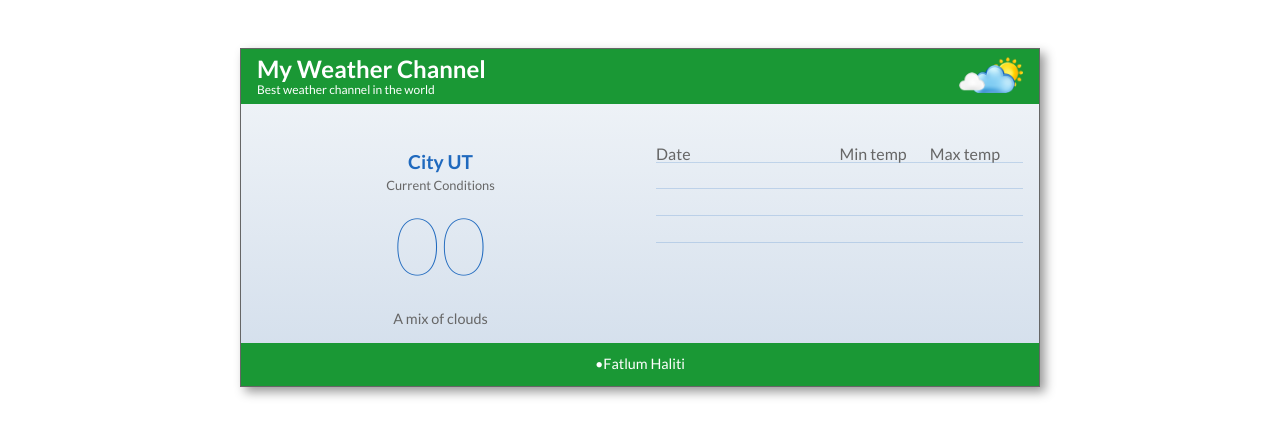
Repository: thinsanta/weather-site
Page: index.html
An editor plug-in stored every save of this project. The page is shown before and after the next save, followed by the edit.
The browser window is 1280 px wide. The pictures show the whole page.
The page's requests for data from a server got no answer.

Above is the page before, as saved 2019-10-28 11:40:09.

### index.html
<!doctype html>
<html lang="en">
<head>
<meta charset="utf-8">


<title>My Weather Channel</title>

<!-- TELLS PHONES NOT TO LIE ABOUT THEIR WIDTH & stops the font from enlarging when a phone is turned sideways-->
<meta name="viewport" content="width=device-width, initial-scale=1, maximum-scale=1">

<!-- *************** LOAD A GOOGLE FONT ****************** -->
<link href="https://fonts.googleapis.com/css?family=Lato:100,400,700" rel="stylesheet">

<!-- STYLE SHEETS -->
<link href="css/styles.css" rel="stylesheet">

<!-- removes the browser interface -->
<meta name="apple-mobile-web-app-capable" content="yes">
<meta name="mobile-web-app-capable" content="yes">

<meta name="apple-mobile-web-app-title" content="Weather">


<!--[if lt IE 9]>
	<script src="http://html5shim.googlecode.com/svn/trunk/html5.js"></script>
	<script src="http://css3-mediaqueries-js.googlecode.com/svn/trunk/css3-mediaqueries.js"></script>
<![endif]-->

</head>
<body>
	<div id="wrapper">
	<header>
		<figure class="wu"><img src="images/weatherLogo.png"></figure>
    <h1>My Weather Channel</h1>
    <h2>Best weather channel in the world</h2>
    </header>




<!-- page content here -->
<main>
<section id="left">
	<div id="location">City UT</div>
	<div id="weather">Current Conditions</div>
	<div id="temperature">00</div>
	<div id="desc">A mix of clouds</div>
</section>

<section id="right">

<div>
	<span id="r0c1">Date</span>
	<span id="r0c3">Min temp</span>
	<span id="r0c4">Max temp</span>
</div>

<div>
	<span id="r1c1"></span>
	<span> <img id="r1c2" ></span>
	<span id="r1c3"></span>
	<span id="r1c4"></span>
</div>
<div>
	<span id="r2c1"></span>
	<span> <img id="r2c2" ></span>
	<span id="r2c3"></span>
	<span id="r2c4"></span>
</div>
<div>
	<span id="r3c1"></span>
	<span> <img id="r3c2" ></span>
	<span id="r3c3"></span>
	<span id="r3c4"></span>
</div>
</section>







    </main><!-- end content -->


    <footer>
    <p>&bull;Fatlum Haliti</p>
    </footer>

		</div> <!-- end wrapper -->
</body>
	<script type="text/javascript" src="js/main.js"></script>
</html>

### css/styles.css
/* http://meyerweb.com/eric/tools/css/reset/
   v2.0 | 20110126
   License: none (public domain)
*/
html, body, div, span, applet, object, iframe,
h1, h2, h3, h4, h5, h6, p, blockquote, pre,
a, abbr, acronym, address, big, cite, code,
del, dfn, em, img, ins, kbd, q, s, samp,
small, strike, strong, sub, sup, tt, var,
b, u, i, center,
dl, dt, dd, ol, ul, li,
fieldset, form, label, legend,
table, caption, tbody, tfoot, thead, tr, th, td,
article, aside, canvas, details, embed,
figure, figcaption, footer, header, hgroup,
menu, nav, output, ruby, section, summary,
time, mark, audio, video {
  margin: 0;
  padding: 0;
  border: 0;
  font-size: 100%;
  font: inherit;
  vertical-align: baseline; }

/* HTML5 display-role reset for older browsers */
article, aside, details, figcaption, figure,
footer, header, hgroup, menu, nav, section {
  display: block; }

body {
  line-height: 1; }

ol, ul {
  list-style: none; }

blockquote, q {
  quotes: none; }

blockquote:before, blockquote:after,
q:before, q:after {
  content: '';
  content: none; }

table {
  border-collapse: collapse;
  border-spacing: 0; }

/* Prevents iPhone from resizing in landscape mode  */
html {
  -webkit-text-size-adjust: none; }

/*  apply a natural box layout model to all elements  */
* {
  -moz-box-sizing: border-box;
  -webkit-box-sizing: border-box;
  box-sizing: border-box; }

/* BODY  */
body {
  font-size: 16px;
  font-family: 'Lato', sans-serif;
  font-weight: 400;
  color: #666;
  background-color: #fff; }

div#wrapper {
  height: 100vh;
  position: relative;
  background: linear-gradient(#f3f6f9 0%, #d1ddeb 100%); }

/* HEADER  */
header {
  background-color: #1a9835;
  padding: .5rem 0 .5rem 2%; }

header h1, header h2 {
  color: white; }

header h1 {
  font-size: 1.5rem;
  font-weight: 700; }

header h2 {
  font-size: .75rem;
  font-weight: 400;
  padding-top: .2rem; }

header figure {
  float: right;
  width: 80px;
  padding-right: 2%; }

header figure img {
  width: 100%; }

nav {
  background-color: #1f69be;
  padding: 10px 2%; }
  nav input {
    width: 100px;
    padding: 5px 0 5px 10px;
    border: 1px solid #fff;
    border-radius: 5px;
    background-color: rgba(255, 255, 255, 0.5); }
  nav button {
    border: 1px solid #fff;
    background: linear-gradient(to bottom, rgba(255, 255, 255, 0.9) 0%, white 60%, rgba(255, 255, 255, 0.6) 100%);
    border-radius: 5px;
    padding: 5px 10px;
    margin-left: 4%; }

/*end nav*/
/* MAIN  */
main {
  min-height: 5em; }
  main #location {
    margin-top: 3rem;
    text-align: center;
    font-size: 1.2rem;
    font-weight: 700;
    color: #1f69be; }
  main #weather {
    margin-top: .5rem;
    text-align: center;
    font-size: .8rem;
    font-weight: 400; }
  main #temperature {
    margin-top: .75rem;
    text-align: center;
    font-size: 5rem;
    font-weight: 100;
    color: #1f69be; }
  main #desc {
    margin-top: .75rem;
    text-align: center;
    font-size: .9rem;
    font-weight: 400;
    padding: 4%; }
  main #right {
    margin-top: 2rem;
    padding: 0 1rem; }
  main #right img {
    width: 25px; }
  main #right div {
    border-bottom: 1px solid rgba(31, 105, 190, 0.2);
    padding-top: .6rem;
    display: flex;
    display: -ms-flexbox;
    flex-direction: row;
    -ms-flex-direction: row;
    flex-wrap: nowrap;
    align-items: center; }
  main #right div span:nth-child(1) {
    flex-basis: 40%;
    -ms-flex: 1 1 40%; }
  main #right div span:nth-child(2) {
    flex-grow: 1; }
  main #right div span:nth-child(3) {
    flex-grow: 1; }
  main #right div span:nth-child(4) {
    flex-grow: 1; }
    #r0c3{
      padding-left: 10%;
    }

/*  FOOTER  */
footer {
  position: fixed;
  bottom: 0;
  width: 100%;
  text-align: center;
  padding: 1em;
  background-color: #1a9835;
  color: #fff;
  font-size: .9rem; }

/* OTHER */
div.keepOpen {
  clear: both; }

@media only screen and (min-width: 480px) {
  #left, #right {
    float: left;
    width: 50%; } }
@media only screen and (min-width: 800px) {
  div#wrapper {
    max-width: 800px;
    margin: 3rem auto 0 auto;
    border: 1px solid #666;
    height: auto;
    box-shadow: 5px 5px 10px #999; }

  footer {
    clear: both;
    position: relative; } }

/*# sourceMappingURL=styles.css.map */

### js/main.js
/*jslint browser:true */
'use strict';

var weatherConditions = new XMLHttpRequest();
var weatherForecast = new XMLHttpRequest();
var cObj;
var fObj;

// GET THE CONDITIONS
weatherConditions.open('GET', 'http://api.openweathermap.org/data/2.5/weather?q=malmö,se&appid=e1137668a5448f4742c53b5e6df862cb&units=metric', true);
weatherConditions.responseType = 'text';
weatherConditions.send();

weatherConditions.onload = function() {
    if (weatherConditions.status === 200){
        cObj = JSON.parse(weatherConditions.responseText);
        console.log(cObj);
        document.getElementById('location').innerHTML=cObj.name;
        document.getElementById('temperature').innerHTML=cObj.main.temp;
        document.getElementById('desc').innerHTML="Wind speed: "+cObj.wind.speed+"m/s";
        document.getElementById('weather').innerHTML=cObj.weather[0].description;

    } //end if
}; //end function










// GET THE FORECARST
weatherForecast.open('GET', 'http://api.openweathermap.org/data/2.5/forecast?q=malmö,se&appid=e1137668a5448f4742c53b5e6df862cb&units=metric', true);
weatherForecast.responseType = 'text';
weatherForecast.send();

weatherForecast.onload = function() {
if (weatherForecast.status === 200){
	fObj = JSON.parse(weatherForecast.responseText);
    console.log(fObj);

//----------------DAY 1 ---------------------------------------

    var date_raw =fObj.list[0].dt_txt
    date_raw = date_raw.substring(2,16);
    document.getElementById('r1c1').innerHTML=date_raw;

    var iconcode = fObj.list[0].weather[0].icon;
    var icon_path = "http://openweathermap.org/img/w/" +iconcode+ ".png";
    document.getElementById('r1c2').src = icon_path;
    document.getElementById('r1c3').innerHTML = fObj.list[0].main.temp_min+"&deg;";
    document.getElementById('r1c4').innerHTML = fObj.list[0].main.temp_max+"&deg;";

//----------------DAY 2 ---------------------------------------

var date_raw =fObj.list[8].dt_txt
    date_raw = date_raw.substring(2,16);
    document.getElementById('r2c1').innerHTML=date_raw;

    var iconcode = fObj.list[8].weather[0].icon;
    var icon_path = "http://openweathermap.org/img/w/" +iconcode+ ".png";
    document.getElementById('r2c2').src = icon_path;
    document.getElementById('r2c3').innerHTML = fObj.list[0].main.temp_min+"&deg;";
    document.getElementById('r2c4').innerHTML = fObj.list[0].main.temp_max+"&deg;";

    //----------------DAY 3 ---------------------------------------

var date_raw =fObj.list[16].dt_txt
date_raw = date_raw.substring(2,16);
document.getElementById('r3c1').innerHTML=date_raw;

var iconcode = fObj.list[16].weather[0].icon;
var icon_path = "http://openweathermap.org/img/w/" +iconcode+ ".png";
document.getElementById('r3c2').src = icon_path;
document.getElementById('r3c3').innerHTML = fObj.list[0].main.temp_min+"&deg;";
document.getElementById('r3c4').innerHTML = fObj.list[0].main.temp_max+"&deg;";
} //end if
}; //end function

After the next save:
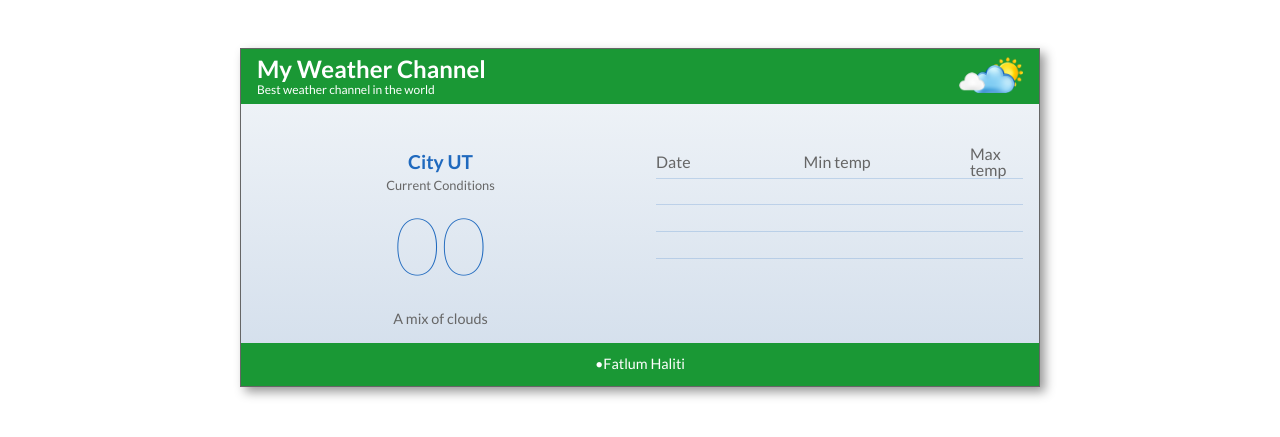
Saved 64 s later.
--- a/css/styles.css
+++ b/css/styles.css
@@ -161,6 +161,7 @@ main {
     flex-grow: 1; }
     #r0c3{
       padding-left: 10%;
+      width: 70%;
     }
 
 /*  FOOTER  */
